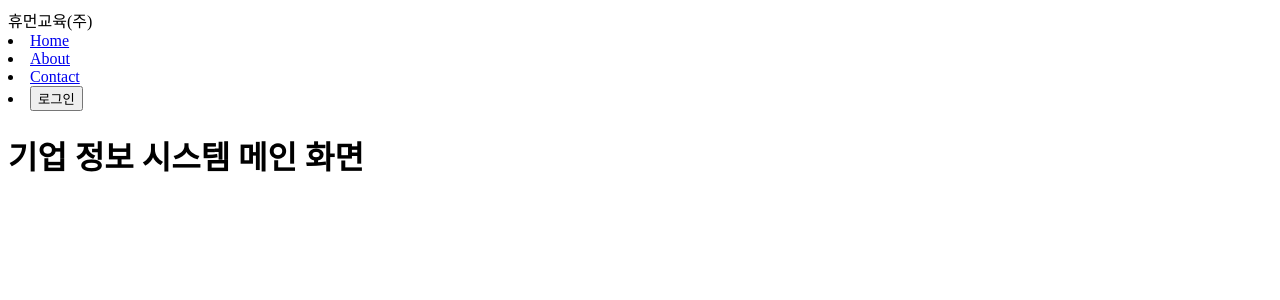
Repository: sieoh/2024html-
Page: http://localhost/jspweb_09/main.jsp
These files come from the project's save history. The page is drawn as it stood at one moment and after the next save; the edit follows.
The browser window is 1280 px wide. The pictures show the whole page.
The page is served by Tomcat 9.

Above is the page before, as saved 2024-01-15 01:16:26.

After the next save:
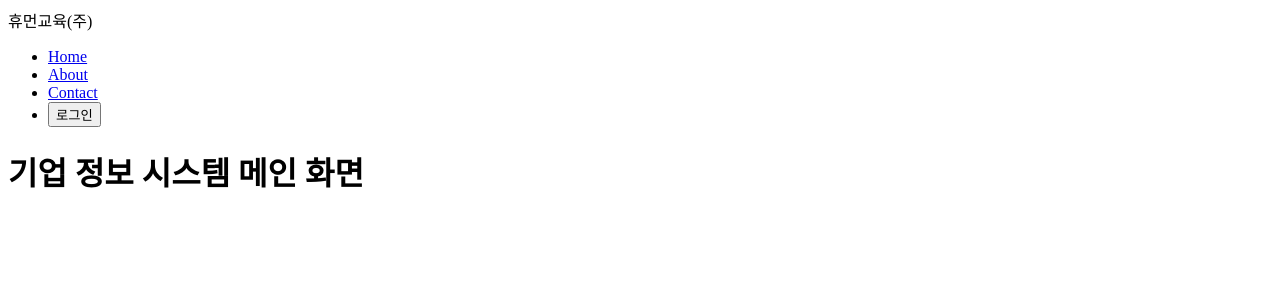
Saved 37 s later.
--- a/workspace_sts/jspweb_09/src/main/webapp/main.jsp
+++ b/workspace_sts/jspweb_09/src/main/webapp/main.jsp
@@ -10,10 +10,12 @@
 	<div class="top-menu">
 	    <div class="logo">휴먼교육(주)</div>
 	    <div class="login-menu">
-	      <li><a href="#">Home</a></li>
-	      <li><a href="#">About</a></li>
-	      <li><a href="#">Contact</a></li>
-	      <li><button onclick="showLoginModal()">로그인</button></li>
+			<ul>
+				<li><a href="#">Home</a></li>
+				<li><a href="#">About</a></li>
+				<li><a href="#">Contact</a></li>
+				<li><button onclick="showLoginModal()">로그인</button></li>
+			</ul>
 	    </div>
 	</div>
 	<h1>기업 정보 시스템 메인 화면</h1>
